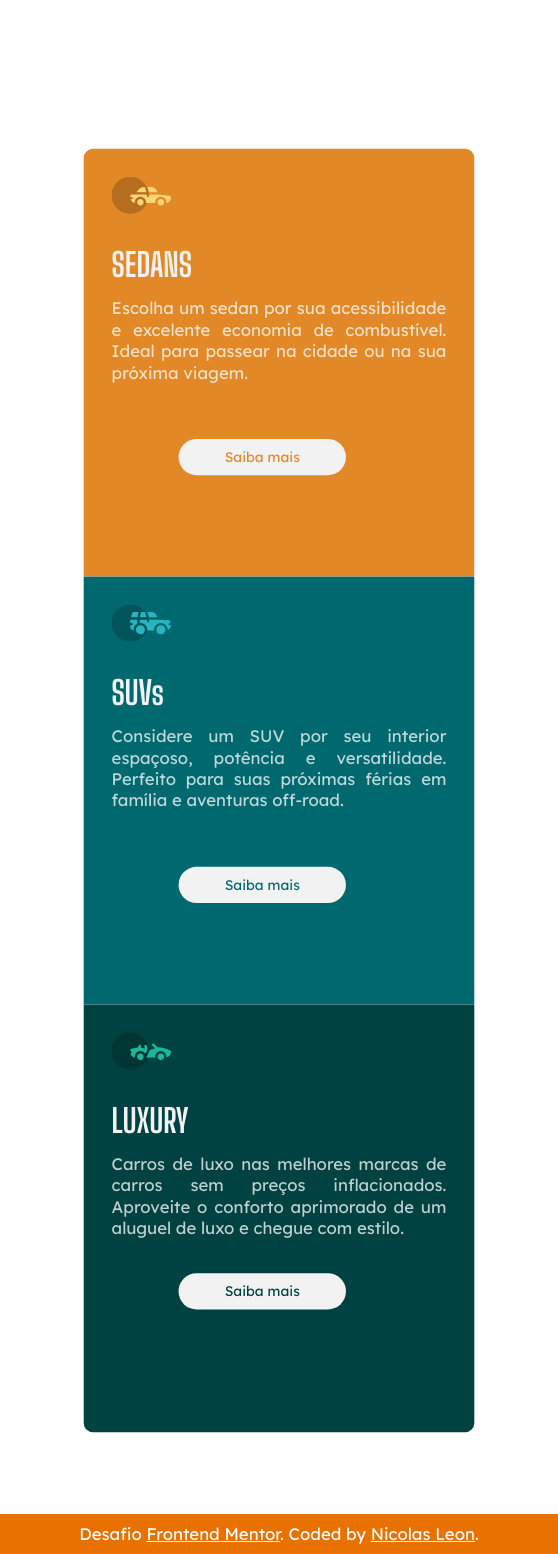
Repository: Leonngc/Car-cards
Page: index.html
The author's editor kept a copy of each file at every save. The page is drawn from the files as they stood at one save, then again after the next save.
The browser window is 600 px wide. The pictures show the whole page, at 93% of full size.

Above is the page before, as saved 2023-01-17 20:02:55.

### index.html
<!DOCTYPE html>
<html lang="pt-br">
  <head>
    <meta charset="UTF-8" />
    <meta name="viewport" content="width=device-width, initial-scale=1.0" />
    <!-- displays site properly based on user's device -->

    <link
      rel="icon"
      type="image/png"
      sizes="32x32"
      href="./images/favicon-32x32.png"
    />

    <link rel="stylesheet" href="styles/style.css" />

    <title>Frontend Mentor | 3-column preview card component</title>

    <!-- Feel free to remove these styles or customise in your own stylesheet 👍 -->
  </head>
  <body>
    <main>
      <div class="card" id="sedan">
        <div class="image"><img src="images/icon-sedans.svg" alt="" /></div>
        <h2>SEDANS</h2>
        <p>
          Escolha um sedan por sua acessibilidade e excelente economia de
          combustível. Ideal para passear na cidade ou na sua próxima viagem.
        </p>
        <button id="sedan-btn">Saiba mais</button>
      </div>
      <div class="card" id="suv">
        <div class="image"><img src="images/icon-suvs.svg" alt="" /></div>

        <h2>SUVs</h2>
        <p>
          Considere um SUV por seu interior espaçoso, potência e versatilidade.
          Perfeito para suas próximas férias em família e aventuras off-road.
        </p>
        <button id="suv-btn">Saiba mais</button>
      </div>
      <div class="card" id="luxury">
        <div class="image"><img src="images/icon-luxury.svg" alt="" /></div>
        <h2>LUXURY</h2>
        <p>
          Carros de luxo nas melhores marcas de carros sem preços inflacionados.
          Aproveite o conforto aprimorado de um aluguel de luxo e chegue com
          estilo.
        </p>
        <button id="luxury-btn">Saiba mais</button>
      </div>
    </main>

    <footer class="attribution">
      <p>
        Desafio
        <a href="https://www.frontendmentor.io?ref=challenge" target="_blank"
          >Frontend Mentor</a
        >. Coded by <a href="#">Nicolas Leon</a>.
      </p>
    </footer>
  </body>
</html>

### styles/style.css
@import url("https://fonts.googleapis.com/css2?family=Lexend+Deca&display=swap");

@import url("https://fonts.googleapis.com/css2?family=Big+Shoulders+Display:wght@700&display=swap");

* {
  margin: 0 auto;
  padding: 0;
}

:root {
  --font-body: "Lexend Deca", sans-serif;

  --font-title: "Big Shoulders Display", cursive;
}

/* Basic styles */

main {
  display: flex;
  margin: auto;
  margin-top: 20vh;
  margin-left: 20vw;
  margin-right: 20vw;
}
.card {
  padding: 30px;
  height: 55vh;
  width: 90vw;
}
.card > p {
  font-family: var(--font-body);
  margin-bottom: 60px;
  text-align: justify;
  font-size: 15px;
  color: hsla(0, 0%, 100%, 0.75);
}
.card > h2 {
  font-family: var(--font-title);
  padding-top: 30px;
  padding-bottom: 15px;
  color: hsl(0, 0%, 95%);
}

#sedan {
  background-color: hsl(31, 77%, 52%);
  border-top-left-radius: 10px;
  border-bottom-left-radius: 10px;
}

#suv {
  background-color: hsl(184, 100%, 22%);
}

#luxury {
  background-color: hsl(179, 100%, 13%);
  border-top-right-radius: 10px;
  border-bottom-right-radius: 10px;
}

#luxury > p {
  margin-bottom: 37px;
}

button {
  padding: 12px;
  border-radius: 20px;
  background-color: hsl(0, 0%, 95%);
  border: 0;
  font-family: var(--font-body);
  font-size: 15px;

}

#sedan-btn{
    color: hsl(31, 77%, 52%);
}

#suv-btn{
    color: hsl(184, 100%, 22%);
}

#luxury-btn{
    color: hsl(179, 100%, 13%);
}


footer > p {
  background-color: rgb(233, 113, 2);
  color: white;
  font-size: 18px;
  margin-top: 11vh;
  padding: 10px;
  text-align: center;
  font-family: var(--font-body);
}

a {
  color: white;
}

/* Animations */
button:hover {
  background-color: hsla(0, 0%, 54%, 0);
  border: 2px solid rgb(255, 255, 255);
  color: #FFF;
}

a:hover {
  font-size: 20px;
}

/* Media Queries */
@media screen and (max-width: 650px) {
  main {
    display: flex;
    flex-direction: column;
    margin-top: 20vh;
    margin-left: 10vw;
    margin-right: 10vw;
  }

  .card {
    height: 40vh;
    width: 60vw;
    padding-bottom: 110px;
  }

  .card > h2 {
    font-size: 35px;
    padding-top: 30px;
  }
  .card > p {
    font-size: 18px;
  }
  #sedan {
    border-radius: 0;
    border-top-left-radius: 10px;
    border-top-right-radius: 10px;
  }
  #luxury {
    border-radius: 0px 0px 10px 10px;
  }

  button{
    width: 180px;
    padding: 10px;
    border-radius: 20px;
    margin-left: 12vw;
  }
}

After the next save:
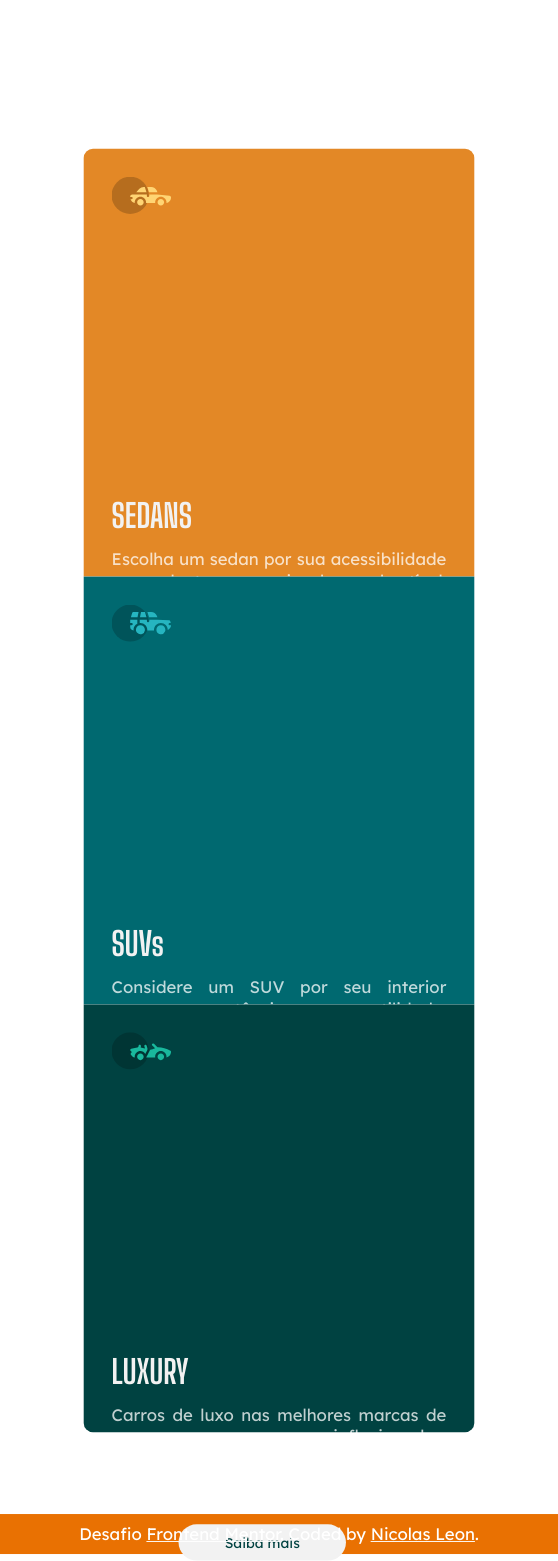
Saved 7 s later.
--- a/styles/style.css
+++ b/styles/style.css
@@ -127,7 +127,7 @@
 
   .card > h2 {
     font-size: 35px;
-    padding-top: 30px;
+    padding-top: 300px;
   }
   .card > p {
     font-size: 18px;
